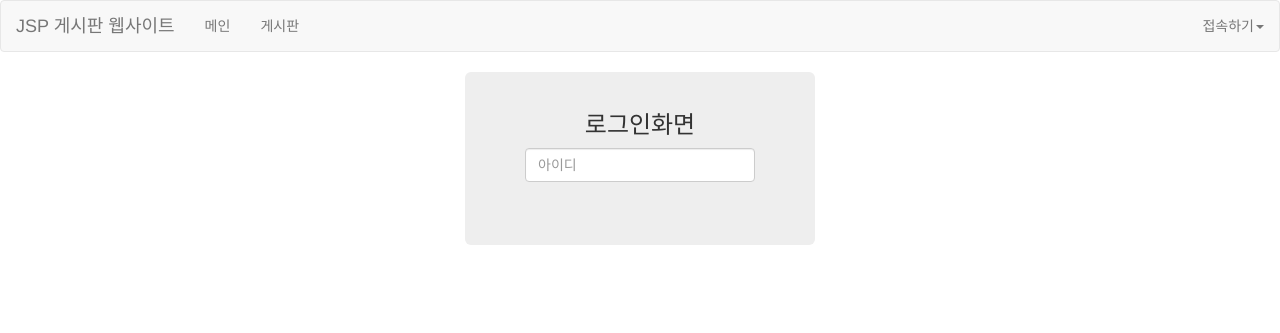
Repository: dofd6220/JSP-
Page: http://localhost/BBS/login.jsp
These files come from the project's save history. The page is drawn as it stood at one moment and after the next save; the edit follows.
The browser window is 1280 px wide. The pictures show the whole page.
Some web libraries are served in a nearby version. The page is served by Tomcat 9. Other server files are loaded and not shown.

Above is the page before, as saved 2023-11-18 12:02:45.

### BBS/src/main/webapp/login.jsp
<%@ page language="java" contentType="text/html; charset=UTF-8"
    pageEncoding="UTF-8"%>
<!DOCTYPE html>
<html>
<head>
<meta charset="UTF-8">
<meta name="viewport" content="width=device-width, initial-scale=1">
<link rel="stylesheet" href="css/bootstrap.css">
<title>JSP 게시판 웹 사이트</title>
</head>
<body>
	<nav class = "navbar navbar-default">
		<div class="navbar-header">
			<button type="button" class="navbar-toggle collapsed"
				data-toggle="collapse" data-target="#bs-example-navbar-collapse-1"
				aria-expanded="false">
				<span class="icon-bar"></span>
				<span class="icon-bar"></span>
				<span class="icon-bar"></span>
				</button>
				<a class="navbar-brand" href="main.jsp">JSP 게시판 웹사이트</a>
		</div>
		<div class="collapse navbar-collapse" id ="bs-example-navbar-collapse-1">
			<ul class="nav navbar-nav">
				<li><a href="main.jsp">메인</a></li>
				<li><a href="bbs.jsp">게시판</a></li>
			</ul>

			<ul class="nav navbar-nav navbar-right">
				<li class="dropdown">
					<a href="#" class="dropdown-toggle"
						data-toggle="dropdown" role="button" aria-haspopup="true"
						aria-expanded="false">접속하기<span class="caret"></span>
					</a>
					<ul class="dropdown-menu">
						<li class="active"><a href="Login.jsp ">로그인</a></li>
						<li><a href="join.jsp">회원가입</a></li>
					</ul>
				</li>
			</ul>
		</div>
	</nav>
	<div class="container">
		<div class="col-lg-4"></div>
		<div class="col-lg-4">
			<div class="jumbotron" style="padding-top: 20px;">
				<form method="post" action="LoginAction.jsp">
					<h3 style="text-align: center;">로그인화면</h3>
						<div class="form-group">
							<input type="text" class="form-control" placeholder="아이디" name="userID" maxlength="20">
						</div>
				</form>
			</div>
		</div>
	</div>
	<script src="https://code.jquery.com/jquery-3.1.1.min.js"></script>
	<script src="js/bootstrap.js"></script>
</body>
</html>

Loaded but not shown: BBS/src/main/webapp/css/bootstrap.css (library); BBS/src/main/webapp/js/bootstrap.js (library)

After the next save:
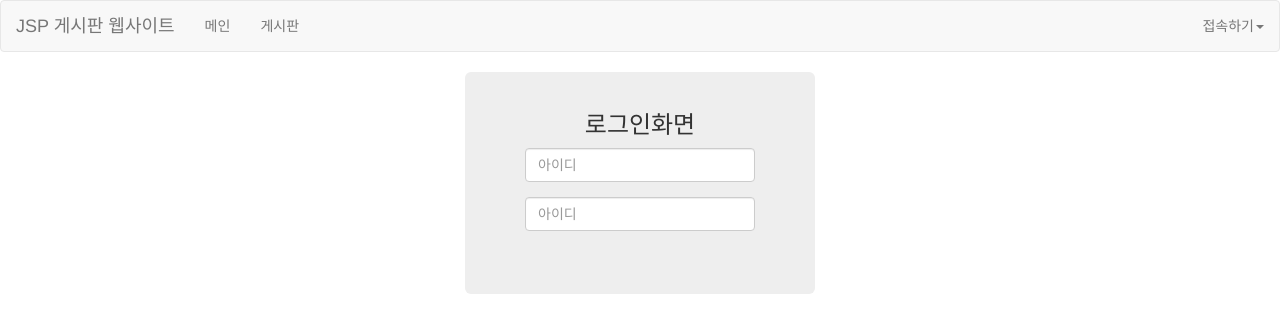
Saved 10 s later.
--- a/BBS/src/main/webapp/login.jsp
+++ b/BBS/src/main/webapp/login.jsp
@@ -49,6 +49,9 @@
 						<div class="form-group">
 							<input type="text" class="form-control" placeholder="아이디" name="userID" maxlength="20">
 						</div>
+						<div class="form-group">
+							<input type="text" class="form-control" placeholder="아이디" name="userID" maxlength="20">
+						</div>
 				</form>
 			</div>
 		</div>
